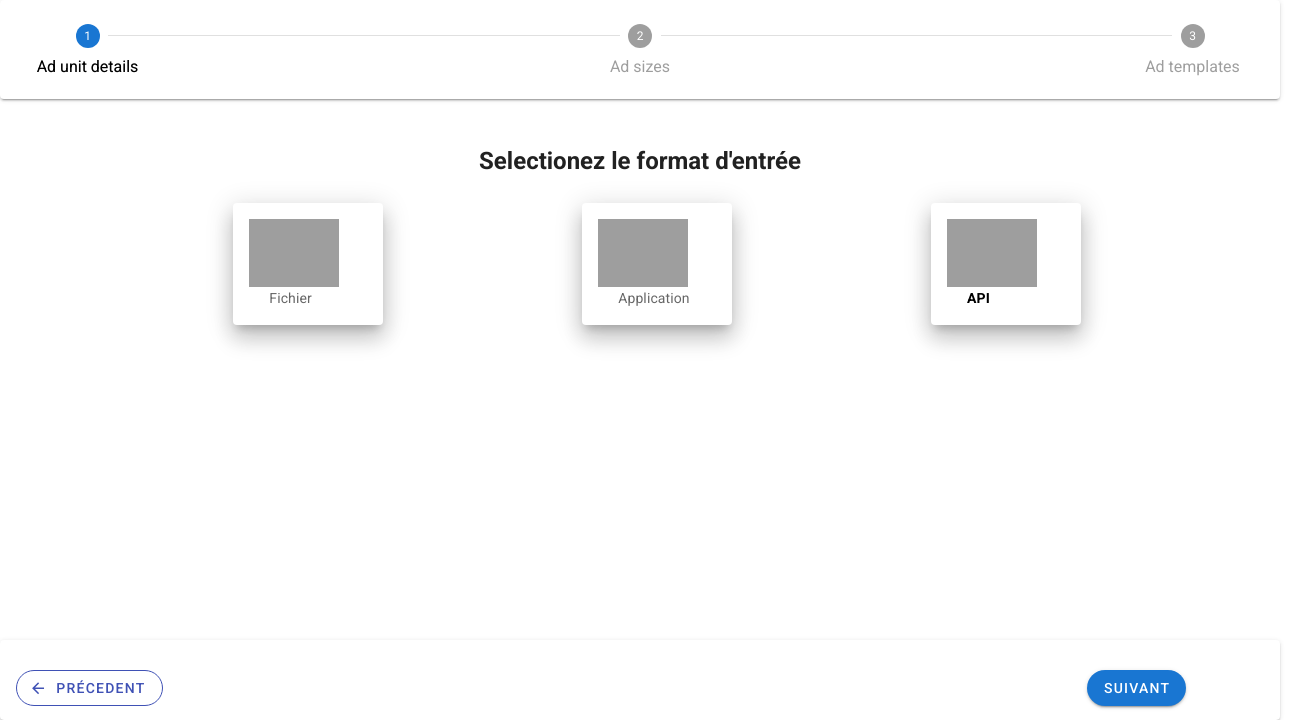
Repository: SidneyHodieb/myc
Page: /addsource/format
These files come from the project's save history. The page is drawn as it stood at one moment and after the next save; the edit follows.
The browser window is 1280 px wide. The page is 1292 px wide, so the pictures cover 1292 px, including what lies to the right of the window. The pictures show the whole page.
Pictures or frames that could not be fetched are drawn as grey boxes. The project was rebuilt for these pictures with package versions that can differ from the ones it lists, and the page was loaded fresh each time. Also part of the build but not shown: vue.config.js, src/views/Home.vue, src/views/addSource/components/card.vue, src/views/addSource/components/trigger.vue.

Above is the page before, as saved 2021-04-04 13:51:56.

After the next save:
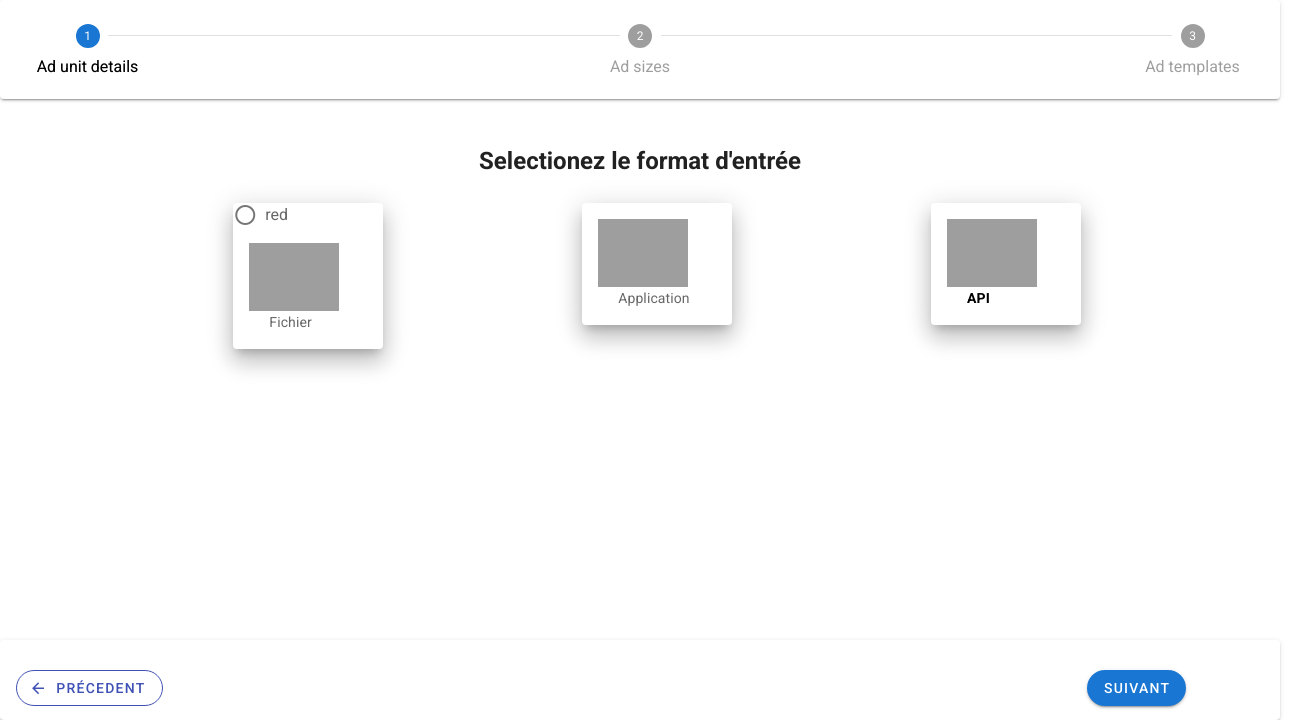
Saved 55 s later.
--- a/src/views/addSource/components/format.vue
+++ b/src/views/addSource/components/format.vue
@@ -6,6 +6,11 @@
       </v-col>
       <v-col offset-md="2">
         <v-card elevation="14" width="150">
+          <v-radio
+                label="red"
+                color="red"
+                value="red"
+              ></v-radio>
           <v-card-text>
             <div>
           <v-img
